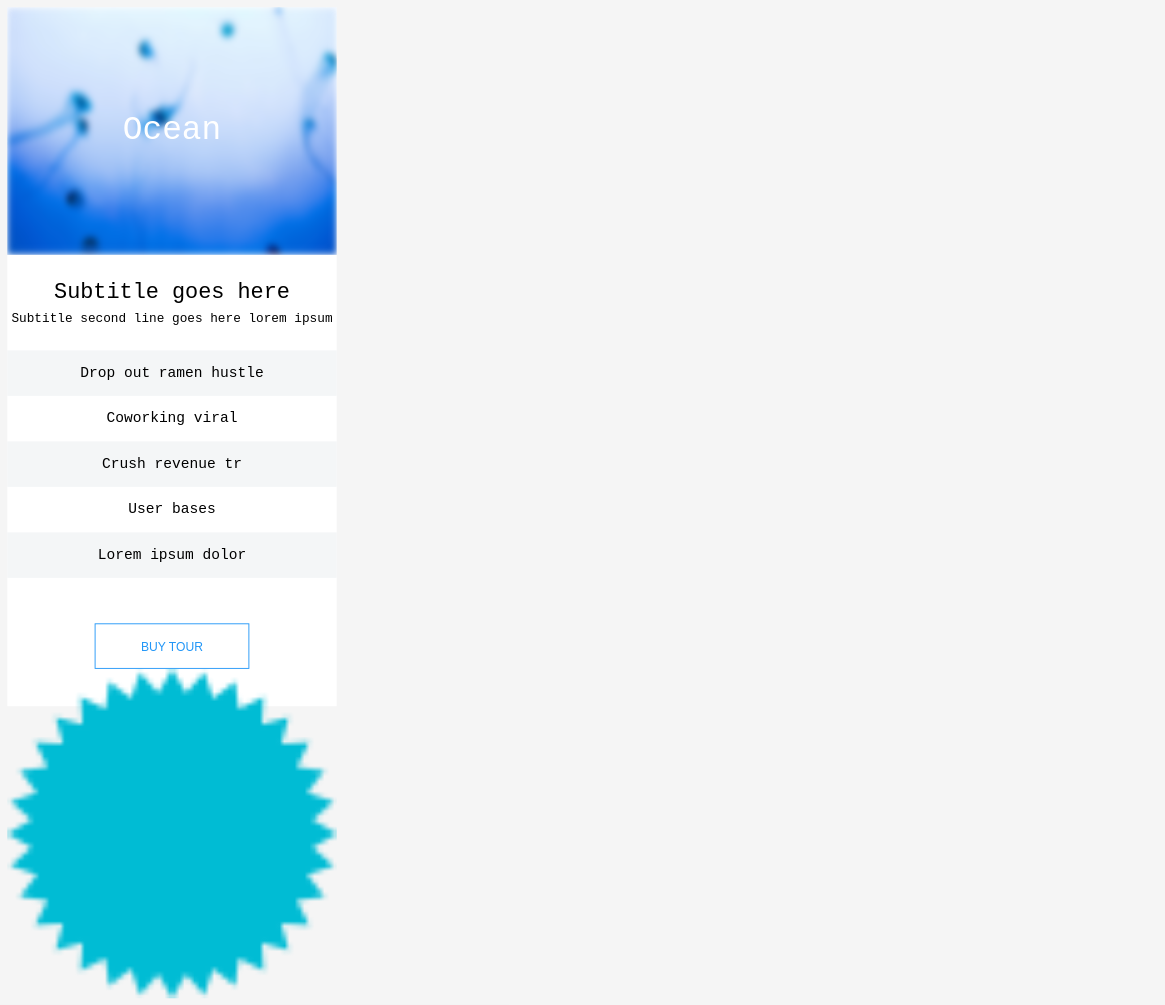
Repository: HoanTiny/pricetable
Page: index.html
An editor plug-in stored every save of this project. The page is shown before and after the next save, followed by the edit.
The browser window is 1280 px wide. The pictures show the whole page, at 91% of full size.

Above is the page before, as saved 2022-07-04 10:23:55.

### index.html
<!DOCTYPE html>
<html lang="en">
    <head>
        <meta charset="UTF-8" />
        <meta http-equiv="X-UA-Compatible" content="IE=edge" />
        <meta name="viewport" content="width=device-width, initial-scale=1.0" />
        <title>PriceTable</title>
        <link rel="stylesheet" href="./assests/css/style.css" />
    </head>
    <body>
        <div class="container">
            <div class="price-table">
                <div class="img">
                    <img src="./assests/img/ocean.png" alt="logo" />
                    <span>Ocean</span>
                </div>
                <div class="title">
                    <div class="title_header">
                        <p>Subtitle goes here</p>
                        <span>Subtitle second line goes here lorem ipsum</span>
                    </div>
                    <div class="title_list">
                        <ul>
                            <li>Drop out ramen hustle</li>
                            <li>Coworking viral</li>
                            <li>Crush revenue tr</li>
                            <li>User bases</li>
                            <li>Lorem ipsum dolor</li>
                        </ul>
                    </div>
                    <div class="title_btn">
                        <button type="">Buy Tour</button>
                    </div>
                    <div class="logo">
                        <img src="./assests/img/newmark.png" alt="logo" />
                    </div>
                </div>
            </div>
        </div>
    </body>
</html>

### assests/css/style.css
body {
    background-color: #f5f5f5;
    font-family: "Courier New", Courier, monospace;
    font-size: 14px;
    line-height: 1.5;
}

* {
    box-sizing: border-box;
}

.container {
    display: flex;
}

.price-table {
    width: 362px;
    height: 768px;
    background-color: #fff;
}

.img {
    position: relative;
    height: 272px;
    width: 100%;
}

.img span {
    position: absolute;
    top: 50%;
    left: 50%;
    transform: translate(-50%, -50%);
    font-size: 36px;
    color: #fff;
}

img {
    width: 100%;
    height: 100%;
}

.title_header {
    text-align: center;
    margin: 24px 0;
}

.title_header p {
    font-size: 24px;
    margin: 0;
}

.title_header span {
    font-size: 14px;
}

.title_list ul {
    text-align: center;
    padding-left: 0;
    list-style: none;
}

.title_list ul li {
    font-size: 16px;
    height: 50px;
    line-height: 50px;
}

.title_list ul li:nth-child(odd) {
    background-color: #f4f6f7;
}

.title_btn {
    margin-top: 50px;
    text-align: center;
}

.title_btn button {
    width: 170px;
    height: 50px;
    border: 1px solid #2196f7;
    background-color: #fff;
    text-transform: uppercase;
    color: #2196f7;
}

After the next save:
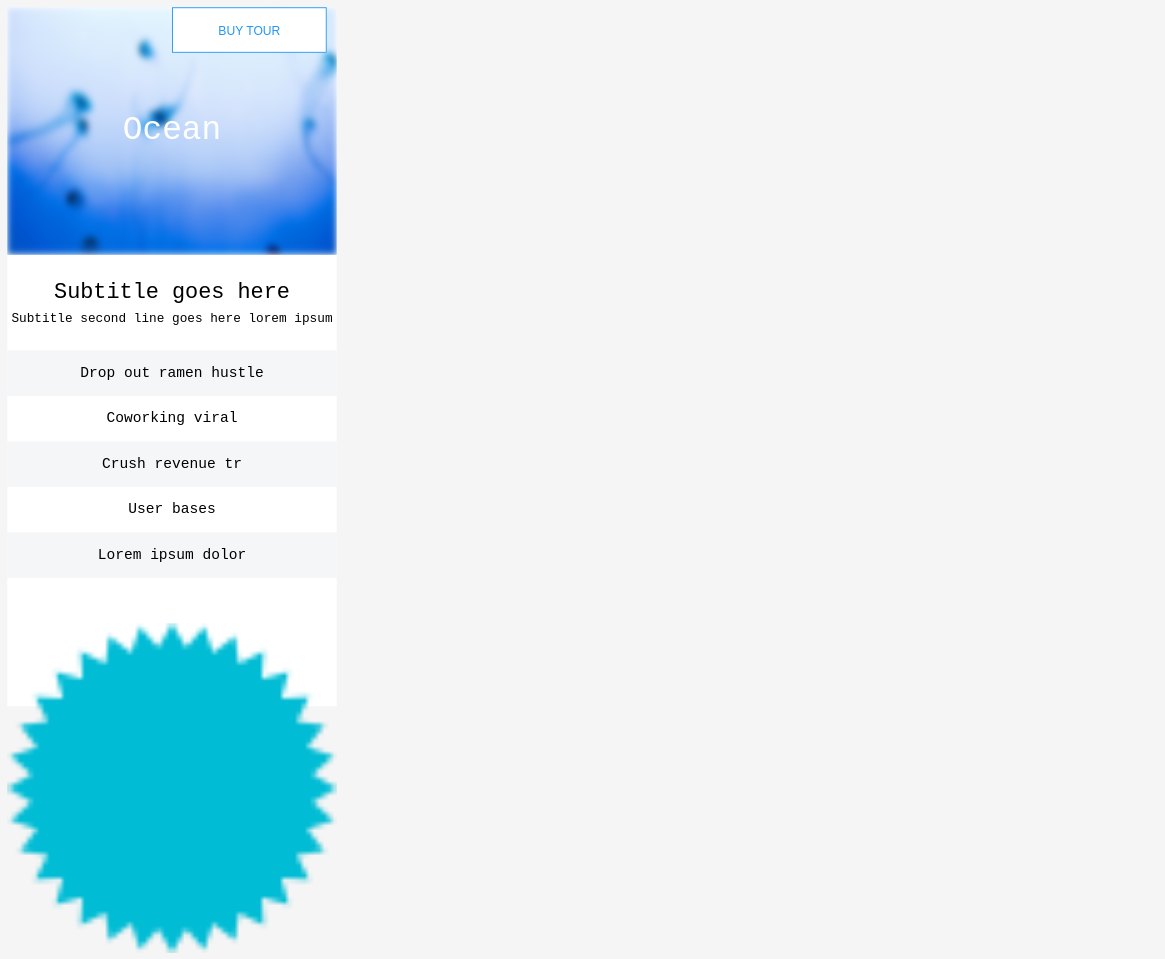
Saved 32 s later.
--- a/assests/css/style.css
+++ b/assests/css/style.css
@@ -17,6 +17,7 @@ body {
     width: 362px;
     height: 768px;
     background-color: #fff;
+    position: relative;
 }
 
 .img {
@@ -81,4 +82,7 @@ img {
     background-color: #fff;
     text-transform: uppercase;
     color: #2196f7;
+    position: absolute;
+    top: 0;
+    left: 50%;
 }
